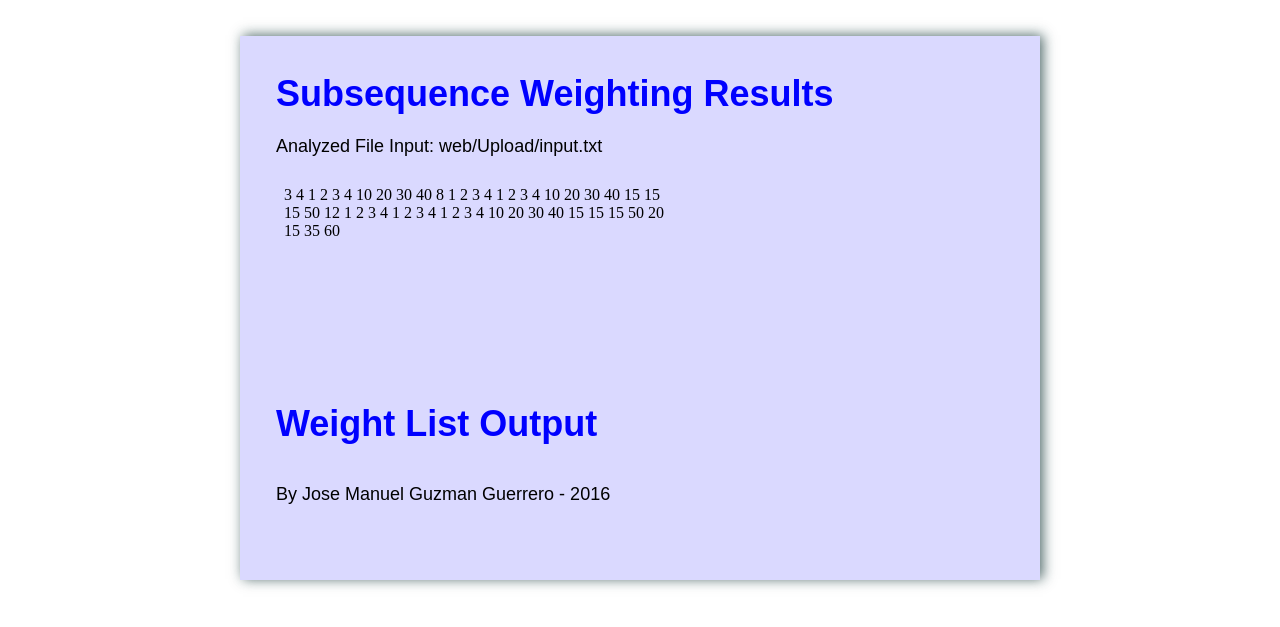
Repository: manolog8/subsequence
Page: src/SW/SubsequenceBundle/Resources/views/SubSequence/index.html.twig
The author's editor kept a record of every edit. The page is drawn from the files as they stood at one moment, then again after the next edit.
The browser window is 1280 px wide. The pictures show the whole page.
The page is a Twig template of a Symfony application; nobody is signed in and links lead nowhere. The template is opened directly, without the code that normally fills it, so the values that code supplies are empty.

Above is the page before.

After the next edit:
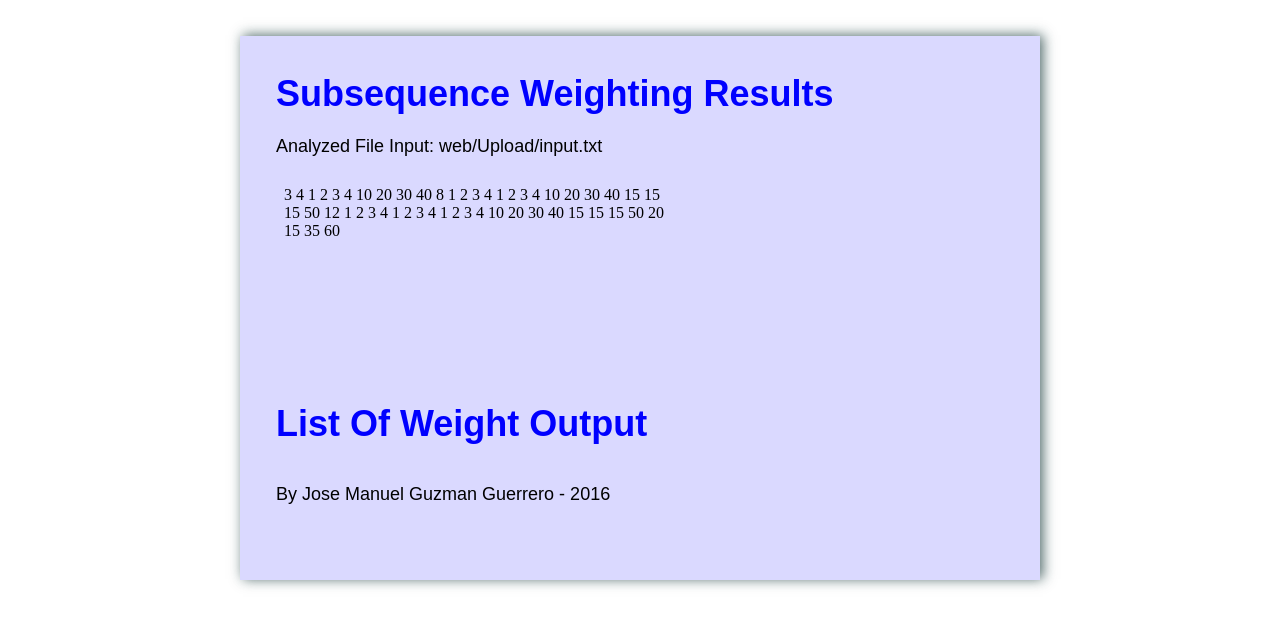
The edit:
--- a/src/SW/SubsequenceBundle/Resources/views/SubSequence/index.html.twig
+++ b/src/SW/SubsequenceBundle/Resources/views/SubSequence/index.html.twig
@@ -15,7 +15,7 @@
                     <object type="text/plain" data='../../../../../../../../web/Upload/input.txt' width="400" height="180"></object>
                 </div>
                 <div id="welcome">
-                    <h1>Weight List Output</h1>
+                    <h1>List Of Weight Output</h1>
                 </div>
                 <div id="welcome">
                     <ul>
